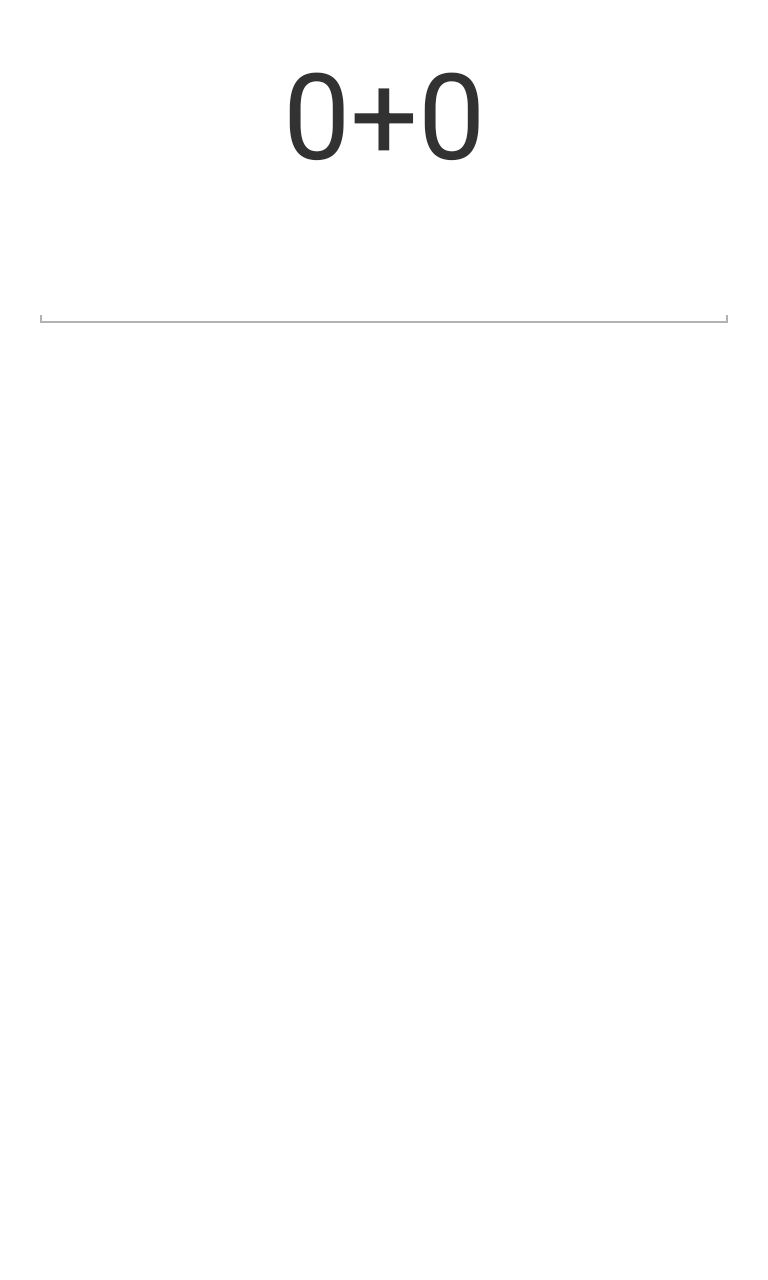
Repository: l2y/MathQuizApp
Layout: MathQuiz/res/layout/activity_quiz.xml
An editor plug-in stored every save of this project. The layout is shown before and after the next save, followed by the edit.
It is drawn on a 768 x 1280 px phone screen (xhdpi) without system bars, with theme AppTheme; the app's code is not run.

Above is the layout before, as saved 2014-04-08 02:27:55.

After the next save:
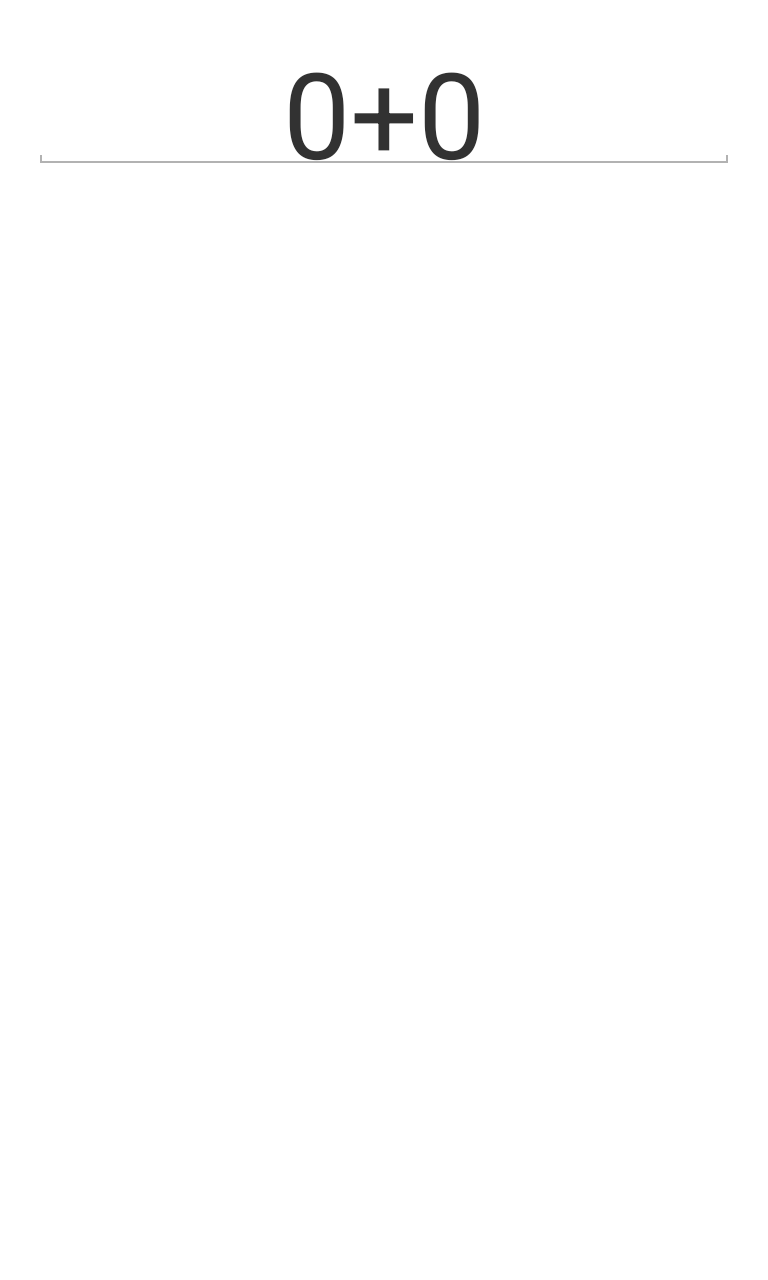
Saved 58 s later.
--- a/MathQuiz/res/layout/activity_quiz.xml
+++ b/MathQuiz/res/layout/activity_quiz.xml
@@ -42,5 +42,12 @@
         android:layout_below="@+id/question"
         android:gravity="center_horizontal"
         android:windowSoftInputMode="stateAlwaysVisible|adjustPan" />
-
+     <LinearLayout
+        android:layout_width="fill_parent"
+        android:layout_height="wrap_content"
+        android:layout_alignParentTop="true"
+        android:id="@+id/question"
+        android:gravity="center_horizontal"
+        android:layout_marginBottom="30dp">
+	 </LinearLayout>
 </RelativeLayout>

After the save that followed:
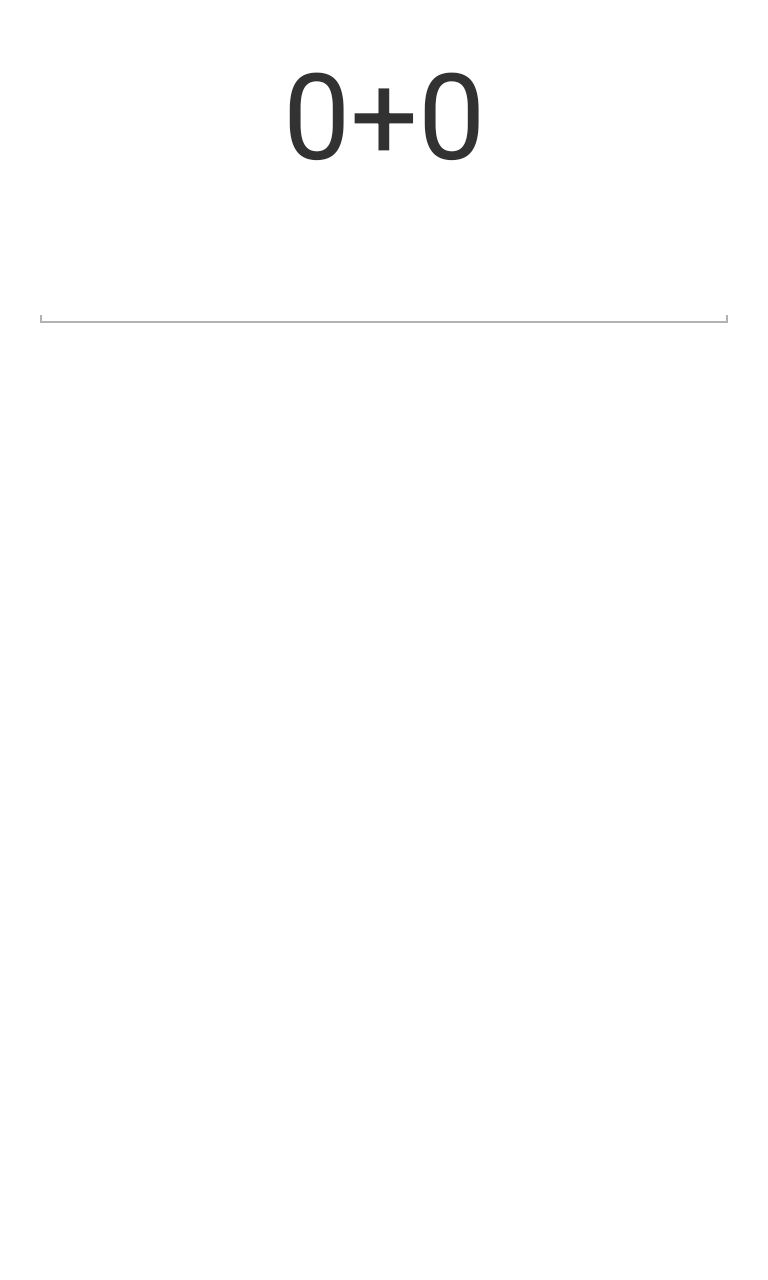
Saved 11 s later.
--- a/MathQuiz/res/layout/activity_quiz.xml
+++ b/MathQuiz/res/layout/activity_quiz.xml
@@ -46,7 +46,7 @@
         android:layout_width="fill_parent"
         android:layout_height="wrap_content"
         android:layout_alignParentTop="true"
-        android:id="@+id/question"
+        android:id="@+id/statistics"
         android:gravity="center_horizontal"
         android:layout_marginBottom="30dp">
 	 </LinearLayout>
